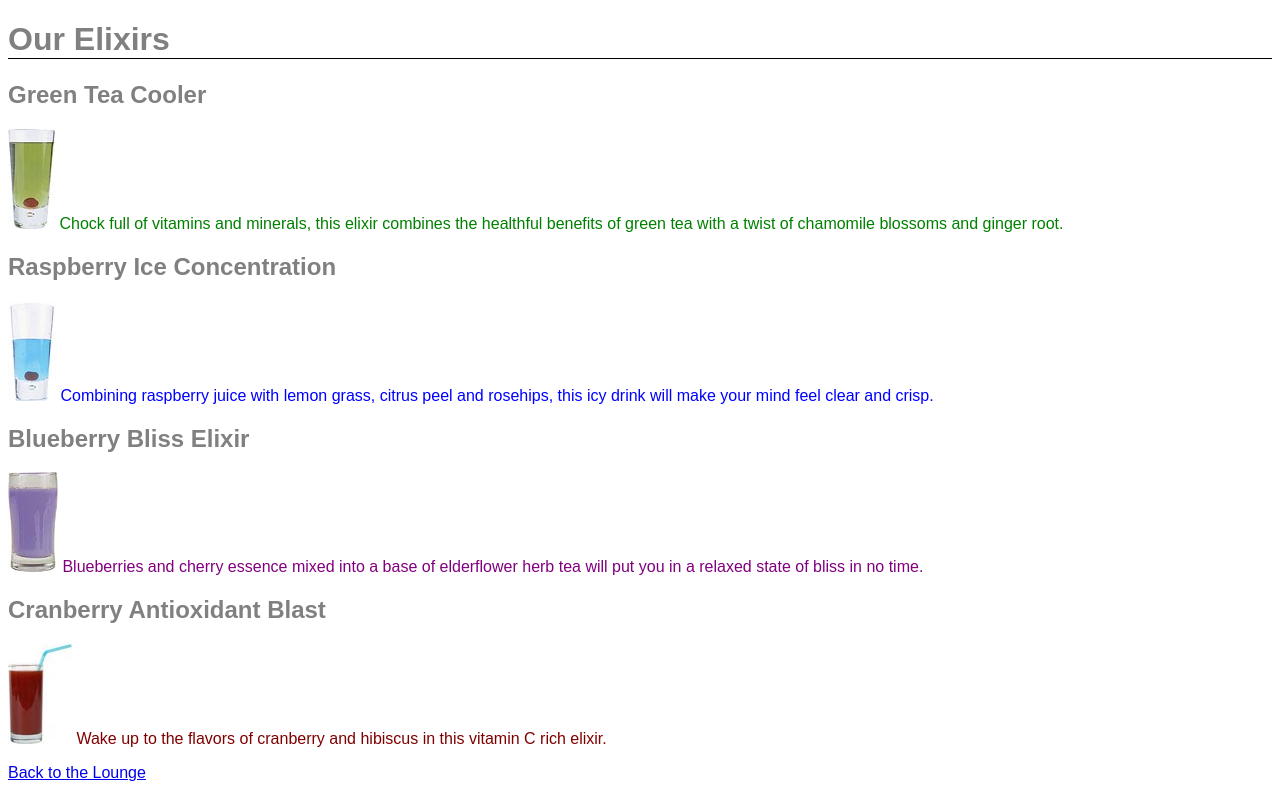
Repository: Dearning/head-first-html-css
Page: chapter7/beverages/elixir.html
These files come from the project's save history. The page is drawn as it stood at one moment and after the next save; the edit follows.
The browser window is 1280 px wide. The pictures show the whole page.

Above is the page before, as saved 2021-09-20 19:02:21.

### chapter7/beverages/elixir.html
<!doctype html>
<html>
  <head>
    <meta charset="utf-8">
    <title>Head First Lounge Elixirs</title>
    <link rel="stylesheet" href="../lounge.css" type="text/css">
  </head>
  <body>
    <h1>Our Elixirs</h1>

    <h2>Green Tea Cooler</h2>
    <p class="greentea">
      <img src="../images/green.jpg" alt="Green Tea Cooler">
      Chock full of vitamins and minerals, this elixir
      combines the healthful benefits of green tea with
      a twist of chamomile blossoms and ginger root.
    </p>
    <h2>Raspberry Ice Concentration</h2>
    <p class="raspberry">
      <img src="../images/lightblue.jpg" alt="Raspberry Ice Concentration">
      Combining raspberry juice with lemon grass,
      citrus peel and rosehips, this icy drink
      will make your mind feel clear and crisp.
    </p>
    <h2 >Blueberry Bliss Elixir</h2>
    <p class="blueberry">
      <img src="../images/blue.jpg" alt="Blueberry Bliss Elixir">
      Blueberries and cherry essence mixed into a base
      of elderflower herb tea will put you in a relaxed
      state of bliss in no time.
    </p>
    <h2>Cranberry Antioxidant Blast</h2>
    <p>
      <img src="../images/red.jpg" alt="Cranberry Antioxidant Blast">
      Wake up to the flavors of cranberry and hibiscus
      in this vitamin C rich elixir.
    </p>
    <p>
      <a href="../lounge.html">Back to the Lounge</a>
    </p>
  </body>
</html>

### chapter7/lounge.css
body{
	font-family: sans-serif;
}
 h1,h2{
  /* font-family: sans-serif; */
  color: gray;
}
h1{
  /* text-decoration: underline; */
  border-bottom: 1px solid black;
}
p{
  color: maroon;
  /* background-color: yellow; */
}
/* em{
	font-family: serif;
} */
p.greentea{
  color: green;
}
p.raspberry{
  color: blue;
}
p.blueberry{
  color: purple;
}

After the next save:
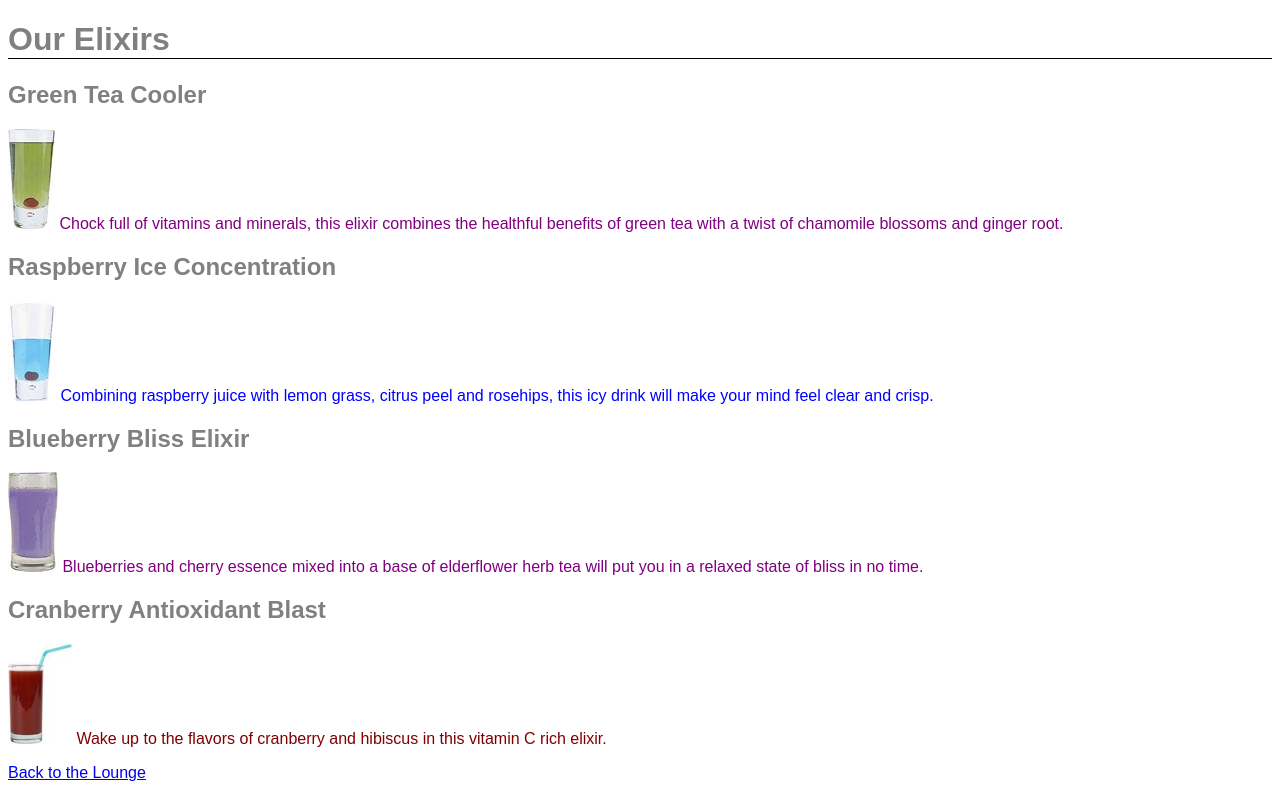
Saved 8 min 37 s later.
--- a/chapter7/beverages/elixir.html
+++ b/chapter7/beverages/elixir.html
@@ -9,7 +9,7 @@
     <h1>Our Elixirs</h1>
 
     <h2>Green Tea Cooler</h2>
-    <p class="greentea">
+    <p class="greentea raspberry blueberry">
       <img src="../images/green.jpg" alt="Green Tea Cooler">
       Chock full of vitamins and minerals, this elixir
       combines the healthful benefits of green tea with

After the 2 saves that followed:
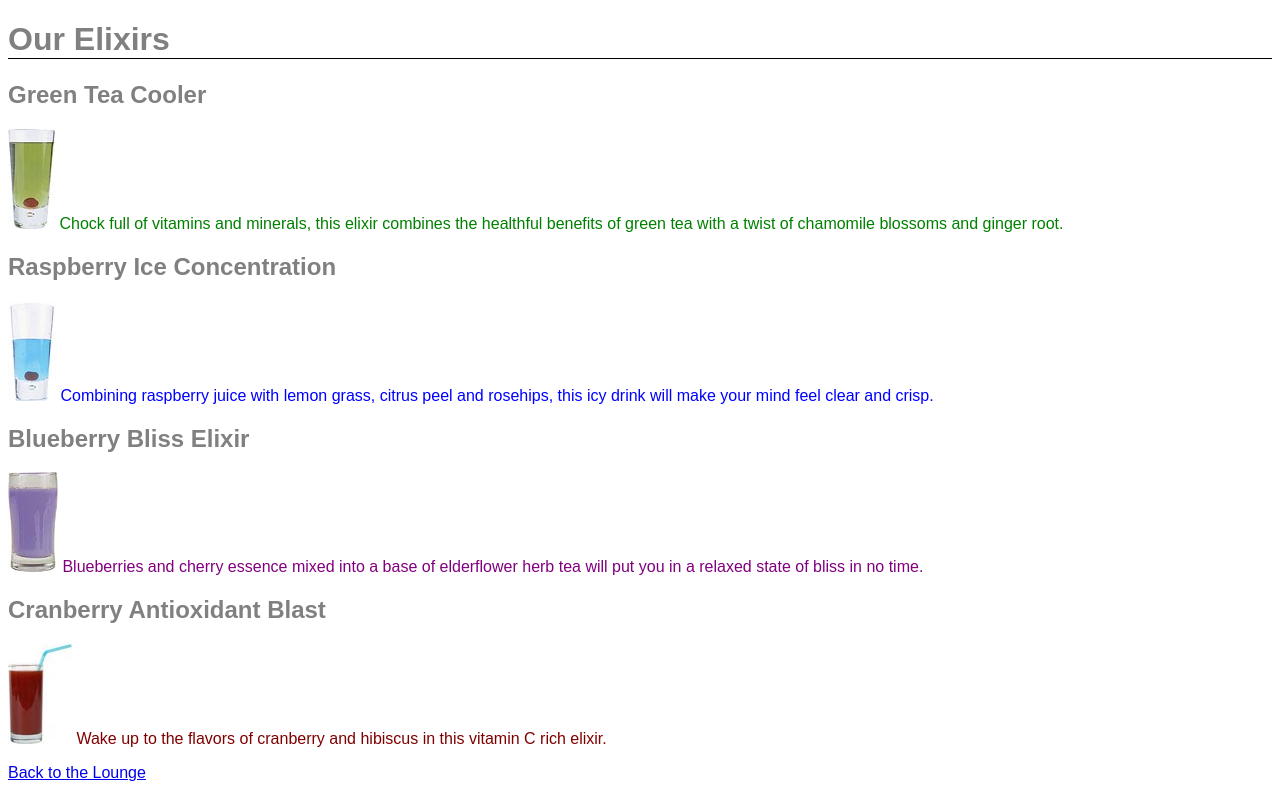
The 2 saves are shown as one change because 1 left the picture as it was.
The last was saved 64 s later.
--- a/chapter7/beverages/elixir.html
+++ b/chapter7/beverages/elixir.html
@@ -9,7 +9,7 @@
     <h1>Our Elixirs</h1>
 
     <h2>Green Tea Cooler</h2>
-    <p class="greentea raspberry blueberry">
+    <p class="raspberry blueberry greentea ">
       <img src="../images/green.jpg" alt="Green Tea Cooler">
       Chock full of vitamins and minerals, this elixir
       combines the healthful benefits of green tea with
--- a/chapter7/lounge.css
+++ b/chapter7/lounge.css
@@ -16,12 +16,12 @@
 /* em{
 	font-family: serif;
 } */
-p.greentea{
-  color: green;
-}
 p.raspberry{
   color: blue;
 }
 p.blueberry{
   color: purple;
 }
+p.greentea{
+  color: green;
+}
